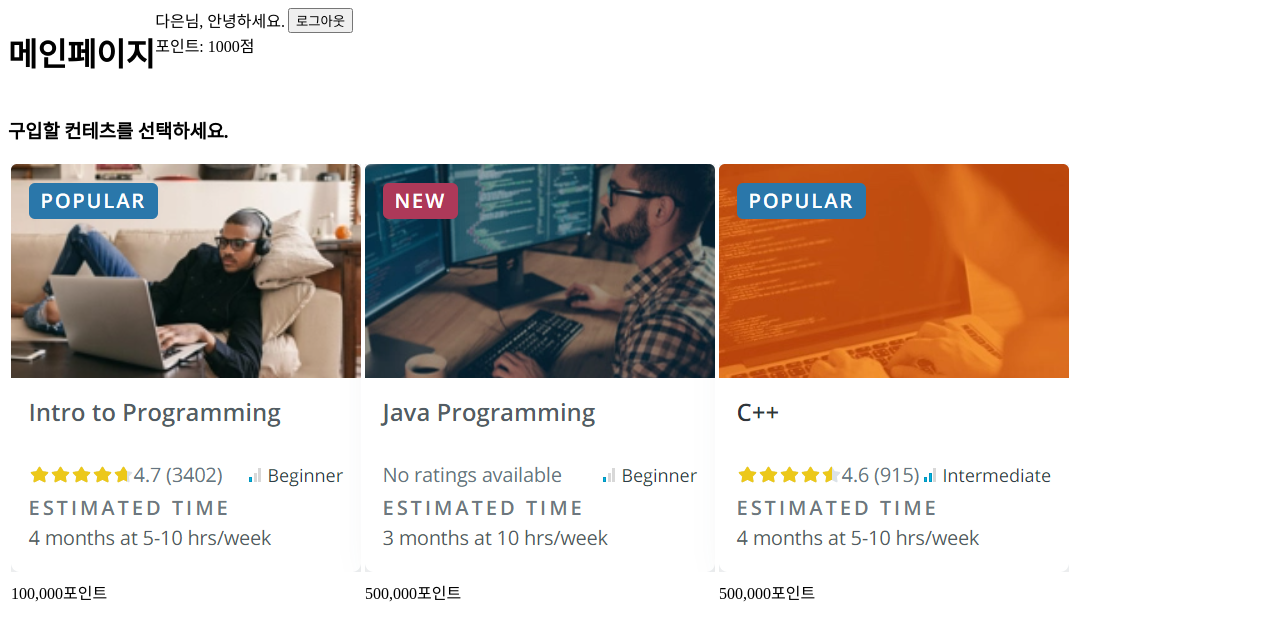
Repository: euniiee/test11
Page: http://localhost/Project/main.jsp
The author's editor kept a copy of each file at every save. The page is drawn from the files as they stood at one save, then again after the next save.
The browser window is 1280 px wide. The pictures show the whole page.
The page is served by Tomcat 9.

Above is the page before, as saved 2023-02-01 02:21:32.

After the next save:
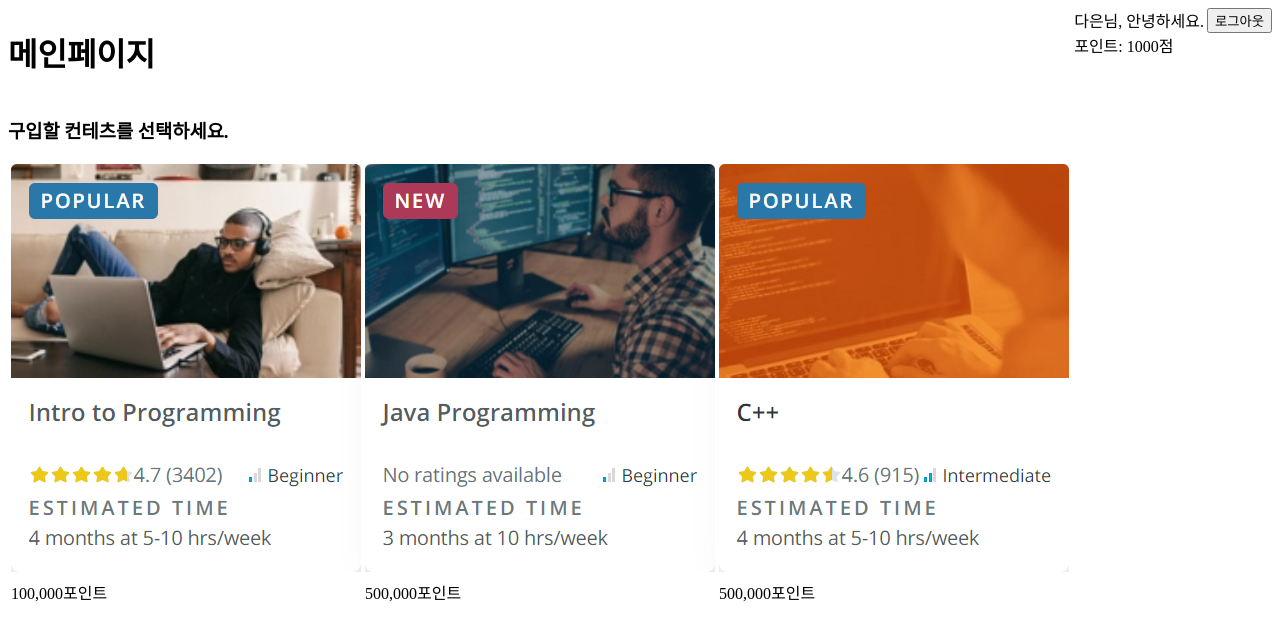
Saved 34 s later.
--- a/Project/WebContent/main.jsp
+++ b/Project/WebContent/main.jsp
@@ -8,7 +8,7 @@
 </head>
 <body>
 <div>
-	<header style="display:flex;">
+	<header style="display:flex; justify-content: space-between;">
 		<h1>메인페이지</h1>
 		<div>
 			<div style="display:flex;">
